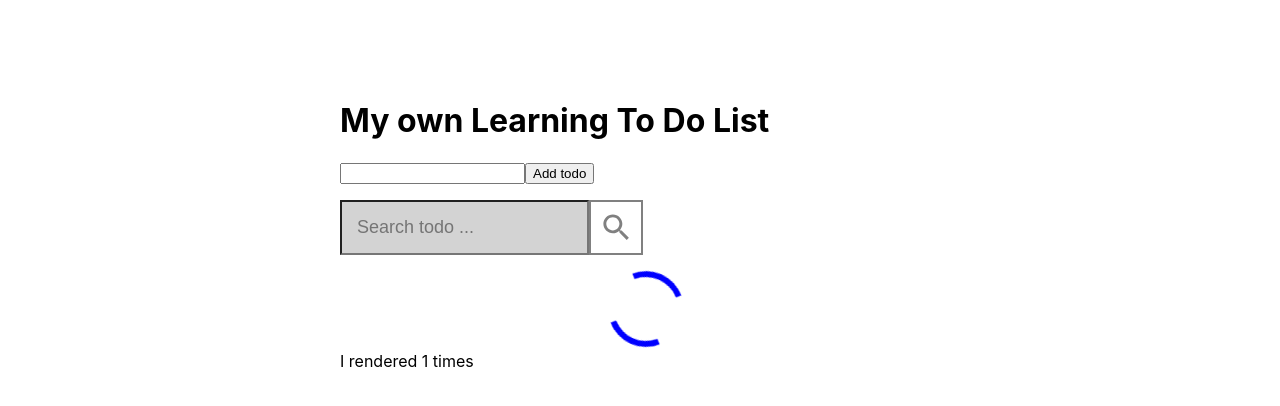
Repository: ArusyakAghajanyan/To-Do
Page: /
These files come from the project's save history. The page is drawn as it stood at one moment and after the next save; the edit follows.
The browser window is 1280 px wide. The pictures show the whole page.
The page's requests for data from a server got no answer. The project was rebuilt for these pictures with package versions that can differ from the ones it lists, and the page was loaded fresh each time. No one was signed in, and anything a server would have sent is missing. Also part of the build but not shown: src/Todo/TodoItem.js, src/Todo/TodoList.js.

Above is the page before, as saved 2022-03-14 10:45:15.

After the next save:
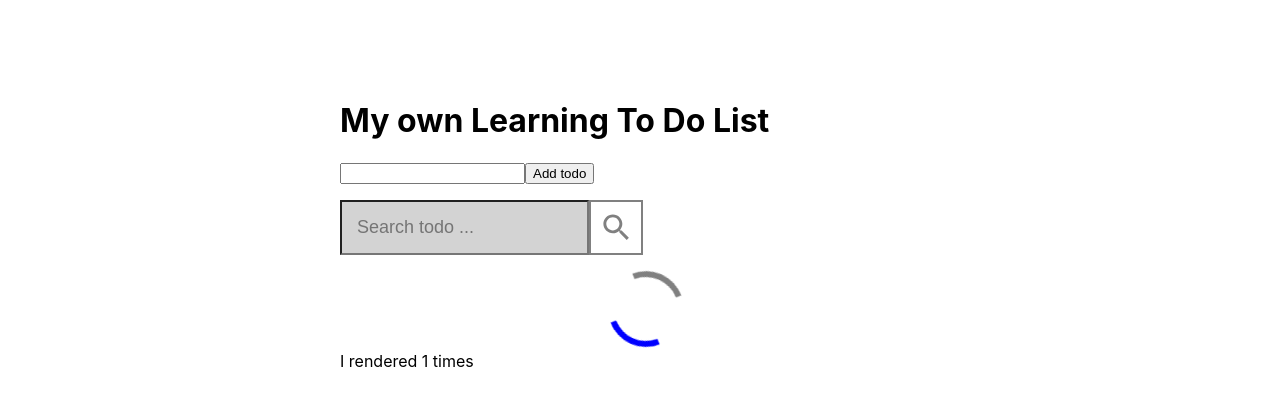
Saved 17 s later.
--- a/src/index.css
+++ b/src/index.css
@@ -41,7 +41,7 @@ code {
   margin: 8px;
   border-radius: 50%;
   border: 6px solid blue;
-  border-color: blue transparent blue transparent;
+  border-color: blue transparent gray transparent;
   animation: lds-dual-ring 1.2s linear infinite;
 }
 @keyframes lds-dual-ring {
